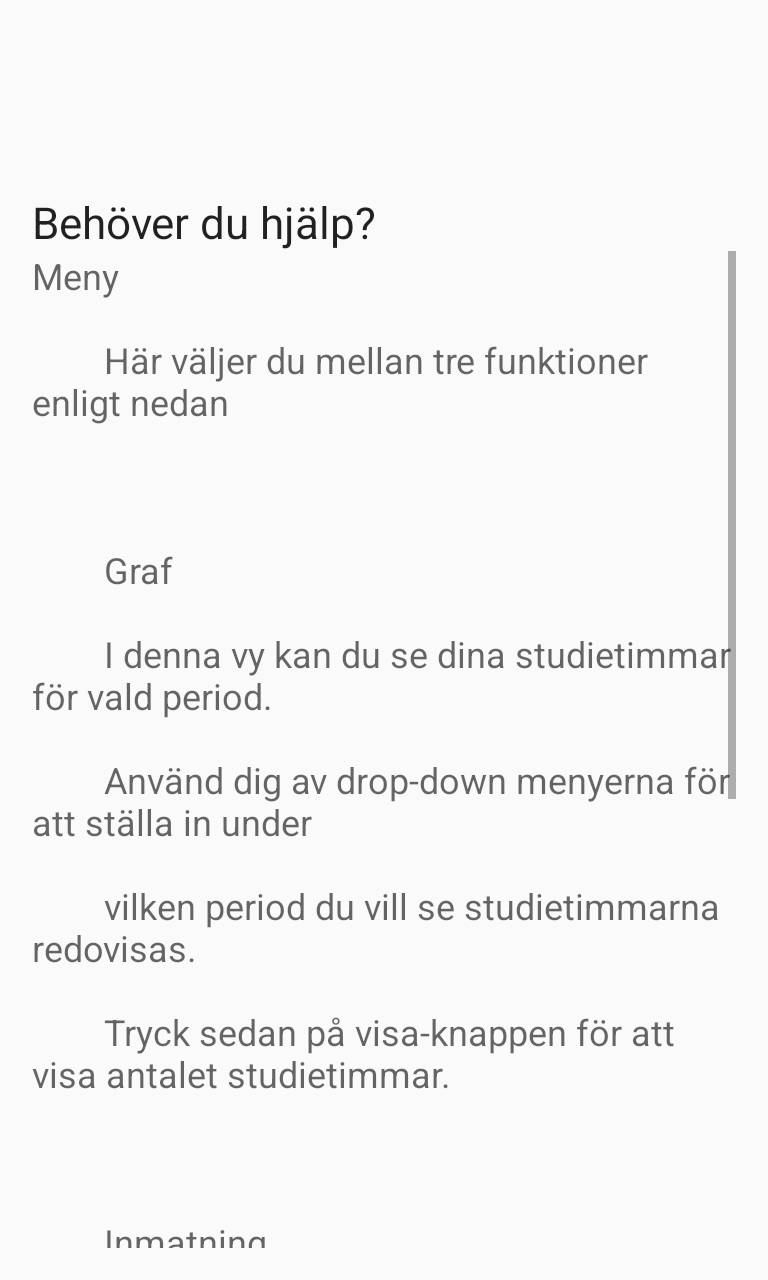
Repository: Dinova/Studiekoll
Layout: Studiekoll/Studiekoll/res/layout/fragment_help.xml
An editor plug-in stored every save of this project. The layout is shown before and after the next save, followed by the edit.
It is drawn on a 768 x 1280 px phone screen (xhdpi) without system bars, with theme AppTheme; the app's code is not run.

Above is the layout before, as saved 2014-05-16 09:40:35.

After the next save:
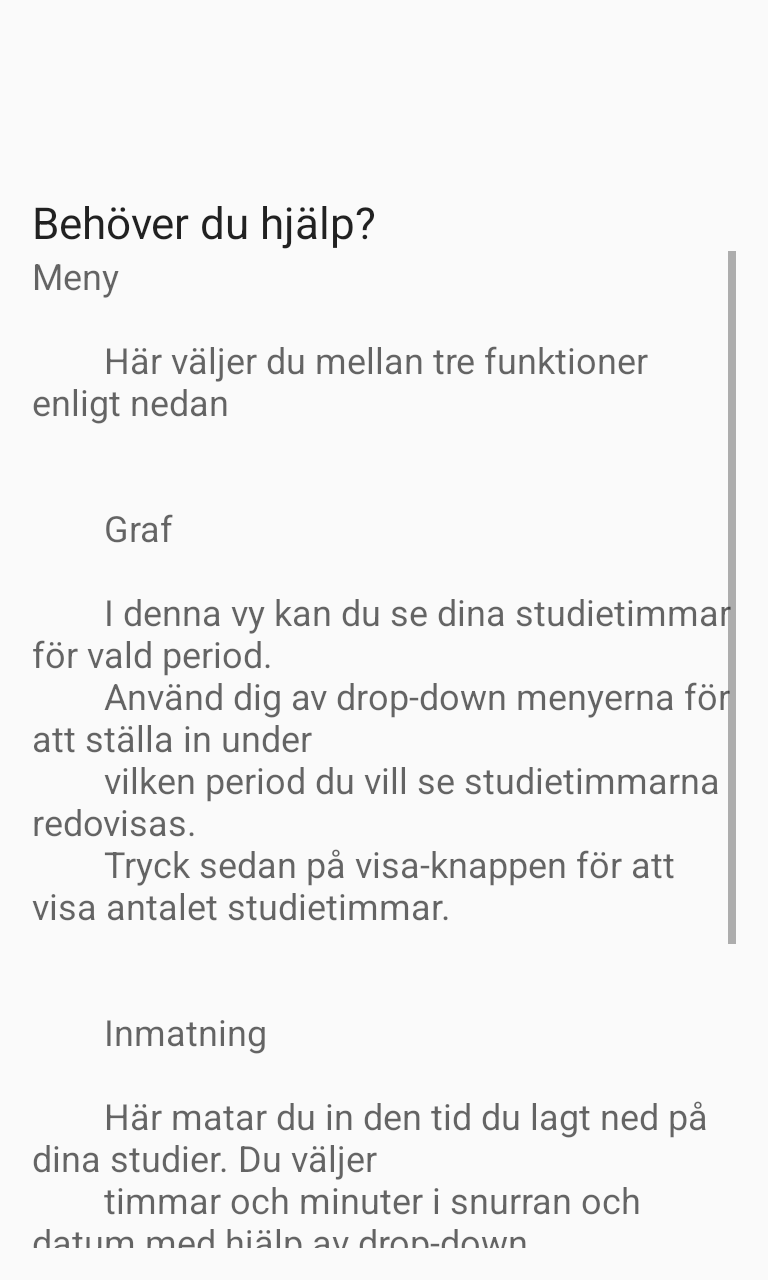
Saved 100 s later.
--- a/Studiekoll/Studiekoll/res/values/strings.xml
+++ b/Studiekoll/Studiekoll/res/values/strings.xml
@@ -10,19 +10,19 @@
     <string name="title_activity_help">Hjälp</string>
     <string name="help_text">
         "Meny \n
-        Här väljer du mellan tre funktioner enligt nedan \n
+        Här väljer du mellan tre funktioner enligt nedan
         \n
         Graf\n
-        I denna vy kan du se dina studietimmar för vald period. \n
-        Använd dig av drop-down menyerna för att ställa in under \n
-        vilken period du vill se studietimmarna redovisas. \n
-        Tryck sedan på "visa"-knappen för att visa antalet studietimmar. \n
+        I denna vy kan du se dina studietimmar för vald period.
+        Använd dig av drop-down menyerna för att ställa in under
+        vilken period du vill se studietimmarna redovisas.
+        Tryck sedan på "visa"-knappen för att visa antalet studietimmar.
         \n
         Inmatning \n
-        Här matar du in den tid du lagt ned på dina studier. Du väljer \n
-        timmar och minuter i snurran och datum med hjälp av drop-down \n
-        menyerna. Tryck sedan på "lagra"-knappen för att spara inmatningen. \n
-        Det är möjligt att föra in tid flera gånger för samma datum. \n
+        Här matar du in den tid du lagt ned på dina studier. Du väljer
+        timmar och minuter i snurran och datum med hjälp av drop-down
+        menyerna. Tryck sedan på "lagra"-knappen för att spara inmatningen.
+        Det är möjligt att föra in tid flera gånger för samma datum.
         \n
         Hjälp \n
         Här får du som du ser hjälp att hantera appen."</string>
